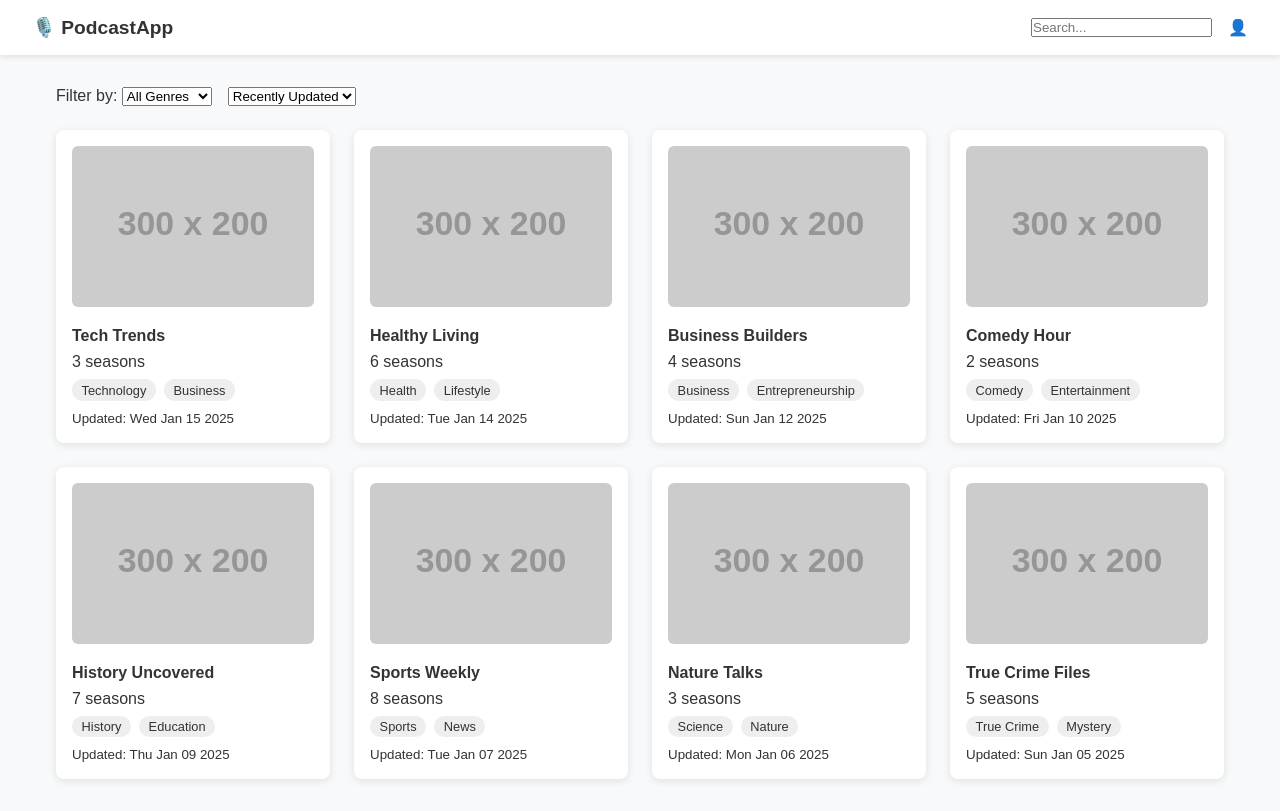
Repository: andajonas/ANDJON25111_fto2505_A_Anda-Jonas_DJS01
Page: index.html
An editor plug-in stored every save of this project. The page is shown before and after the next save, followed by the edit.
The browser window is 1280 px wide. The pictures show the whole page.

Above is the page before, as saved 2025-09-03 18:05:34.

After the next save:
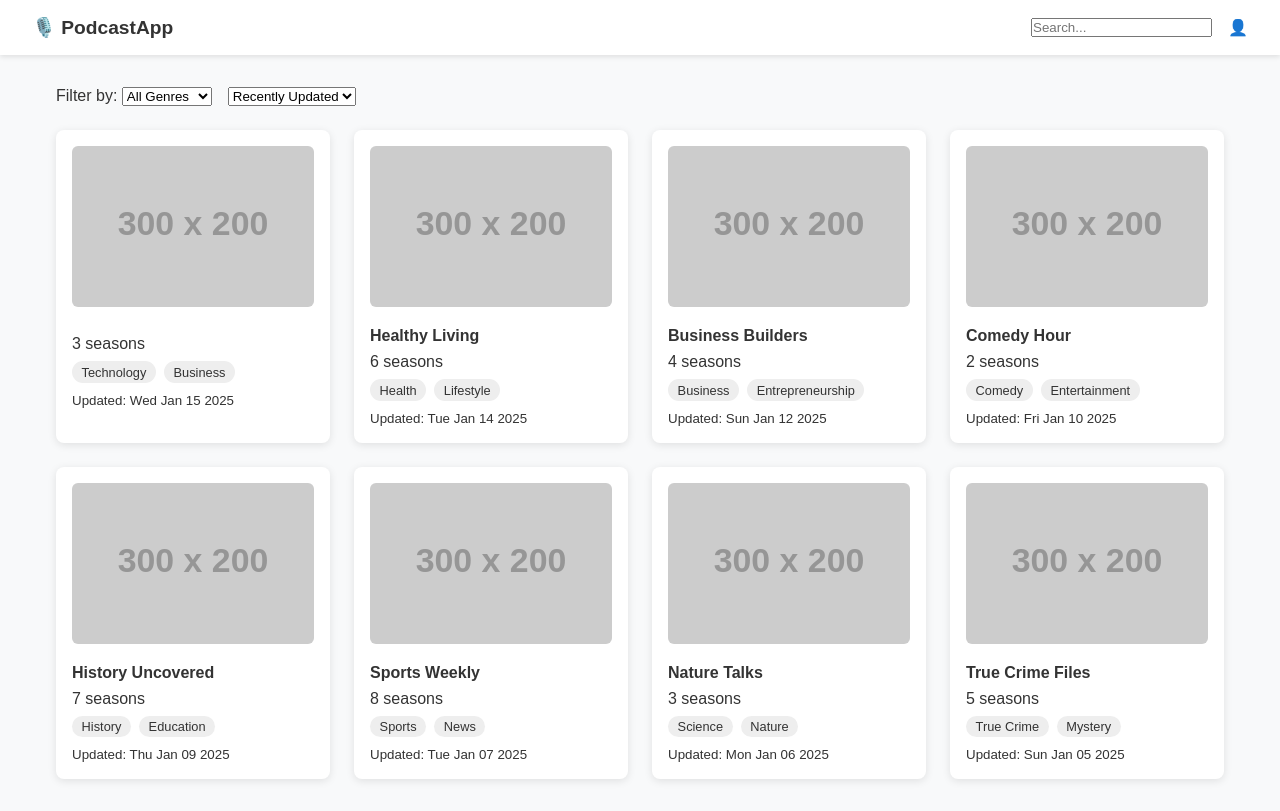
Saved 3 min 46 s later.
--- a/app.js
+++ b/app.js
@@ -1,6 +1,6 @@
 const podcasts = [
     {
-      title: "Tech Trends",
+      title: "",
       seasons: 3,
       genres: ["Technology", "Business"],
       updated: "2025-01-15",
